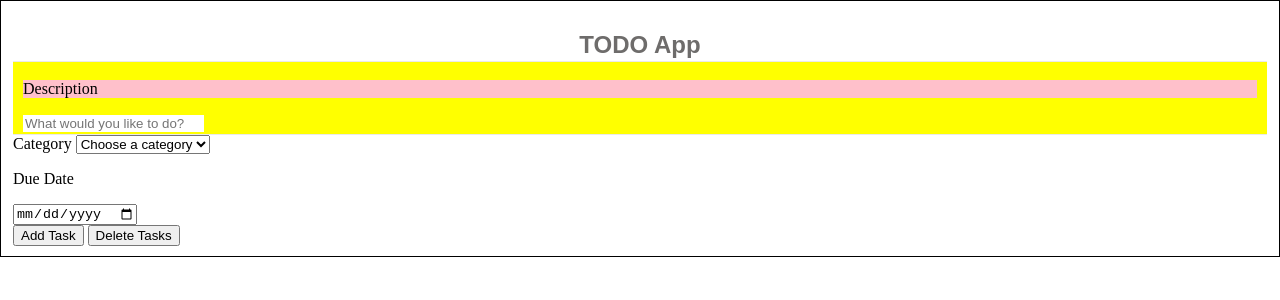
Repository: king-slayer97/TODO-App
Page: http://localhost/
These files come from the project's save history. The page is drawn as it stood at one moment and after a run of saves; the edit follows.
The browser window is 1280 px wide. The pictures show the whole page.
The page is served by the project's Node server (index.js). Other server files are loaded and not shown.

Above is the page before, as saved 2022-08-15 14:07:52.

### views/home.ejs
<!DOCTYPE html>
<html lang="en">

<head>
    <meta charset="UTF-8">
    <meta http-equiv="X-UA-Compatible" content="IE=edge">
    <meta name="viewport" content="width=device-width, initial-scale=1.0">
    <title>TODO App</title>
    <link rel="stylesheet" href="/css/home.css">
</head>

<body>
    <div class="wrapper">
        <div class="heading">
            <h2>TODO App</h2>
        </div>
        <div class="description-wrapper">
            <div class="description">
                <p>Description</p>
                <input type="text" placeholder="What would you like to do?">
            </div>
        </div>
        <div class="section2">
            <div class="category">
                <label>Category</label>
                <select>
                    <option selected disabled>Choose a category</option>
                    <option value="Personal">Personal</option>
                    <option value="Work">Work</option>
                    <option value="School">School</option>
                    <option value="Cleaning">Cleaning</option>
                    <option value="Other">Other</option>
                </select>
            </div>
            <div class="date">
                <p>Due Date</p>
                <input type="date" placeholder="dd/mm/yyyy">
            </div>
        </div>
        <div class="buttons">
            <button>Add Task</button>
            <button>Delete Tasks</button>
        </div>
    </div>
</body>

</html>

### index.js
const express = require('express');
const PORT = 3000;
const app = express();

//setup view engine
app.set('view engine', 'ejs');
app.set('views','./views');
app.use(express.static('assets'));

//importing routes
const router = require('./routes');
app.use('/',router);

//Listening on port 3000
app.listen(PORT, function(err){
    if(err) {
        console.log(`Error: ${err}`);
    }
    else{
        console.log(`Listening on port ${PORT}`);
    }
});

### controllers/home_controller.js
module.exports.homePage = function(req, res){
    res.render('home',{title: "TODO App"});
};

### assets/css/home.css
body{
    margin: 0;
}

.wrapper{
    border: 1px solid black;
    padding: 10px 12px;
}

.heading{
    text-align: center;
    border-bottom: 1px solid #eaeaea;
    height: 30px;
    /* display: flex;
    align-items: center;
    justify-content: center; */
}

.heading h2{
    color: #6e6c6b;
    font-family: Arial, Helvetica, sans-serif;
    /* font-style: inherit; */
}

.description-wrapper{
    border-bottom: 1px solid #eaeaea;
}

.description{
    /* display: flex;
    flex-direction:column;
    justify-content: flex-start; */
    background-color: yellow;
    padding: 2px 10px;
}

.description p{
    height: 100%;
    background-color: pink;
}

.description input[type="text"]{
    border-style: none;
    text-align: left;
}

After the next 3 saves:
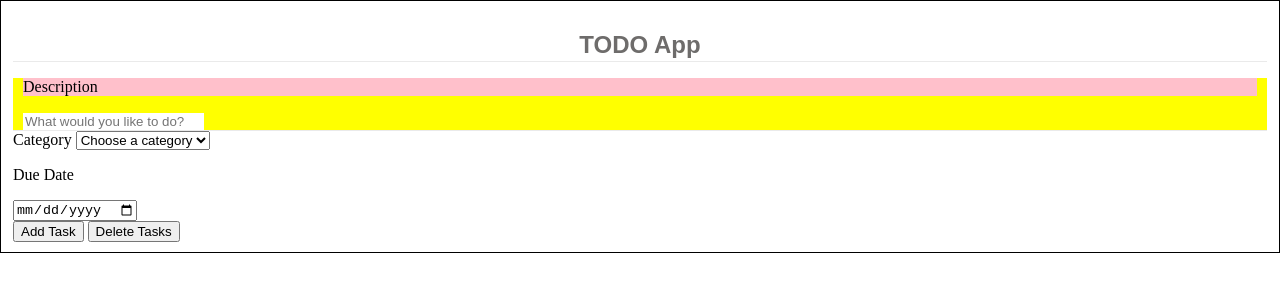
The 3 saves are shown as one change because they came seconds apart.
The last was saved 78 s later.
--- a/assets/css/home.css
+++ b/assets/css/home.css
@@ -31,7 +31,7 @@ body{
     flex-direction:column;
     justify-content: flex-start; */
     background-color: yellow;
-    padding: 2px 10px;
+    padding:0 10px;
 }
 
 .description p{
